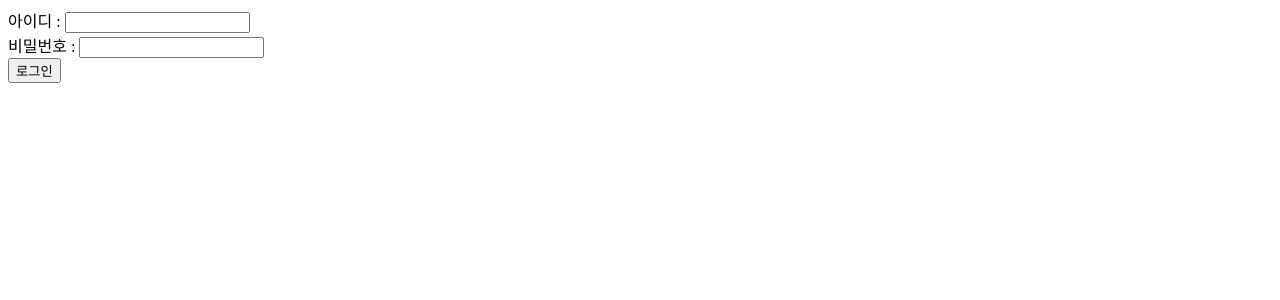
Repository: heejeehee/study
Page: http://localhost/proj6/login.jsp
An editor plug-in stored every save of this project. The page is shown before and after the next save, followed by the edit.
The browser window is 1280 px wide. The pictures show the whole page.
The page is served by Tomcat 9.

Above is the page before, as saved 2024-03-08 06:28:52.

After the next save:
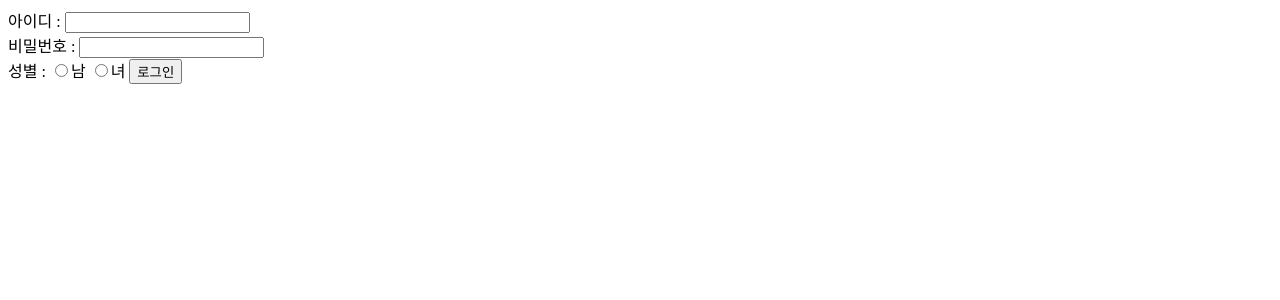
Saved 78 s later.
--- a/workspace_servlet/proj6/src/main/webapp/login.jsp
+++ b/workspace_servlet/proj6/src/main/webapp/login.jsp
@@ -10,6 +10,8 @@
 	<form method="post" action="login">
 		아이디 : <input type="text" name="user_id"><br>
 		비밀번호 : <input type="password" name="user_pw"><br>
+		성별 : <input type="radio" name="gender" value="M">남
+			  <input type="radio" name="gender" value="W">녀
 		<button type="submit">로그인</button>
 	</form>
 </body>
